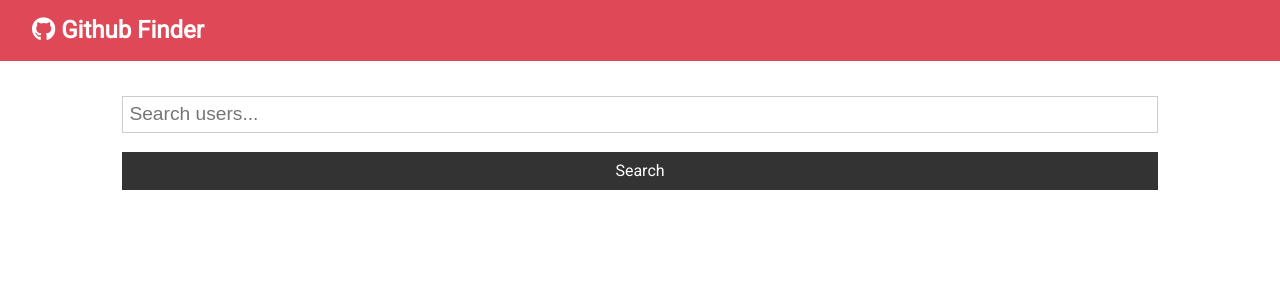
Repository: zhapar/github-finder
Page: /
These files come from the project's save history. The page is drawn as it stood at one moment and after the next save; the edit follows.
The browser window is 1280 px wide. The pictures show the whole page.
Some web libraries are served in a nearby version. The project was rebuilt for these pictures with package versions that can differ from the ones it lists, and the page was loaded fresh each time. Also part of the build but not shown: src/components/users/UserItem.js, src/components/layout/Spinner.js, src/components/layout/Alert.js. Imported but missing from the stored project, and not drawn on this page: src/components/pages/About.

Above is the page before, as saved 2020-05-08 21:50:20.

### src/App.js
import React, { Fragment, Component } from "react";
import { BrowserRouter as Router, Switch, Route } from "react-router-dom";
import Navbar from "./components/layout/Navbar";
import Users from "./components/users/Users";
import Search from "./components/users/Search";
import Alert from "./components/layout/Alert";
import About from "./components/pages/About";
import axios from "axios";
import "./App.css";

class App extends Component {
  state = {
    users: [],
    loading: false,
    alert: null,
  };

  // Search Github users
  searchUsers = async (text) => {
    this.setState({ loading: true });

    const res = await axios.get(
      `https://api.github.com/search/users?q=${text}&client_id=${process.env.REACT_APP_GITHUB_CLIENT_ID}&client_secret=${process.env.REACT_APP_GITHUB_CLIENT_SECRET}`
    );

    this.setState({ users: res.data.items, loading: false });
  };

  // Clear users from State
  clearUsers = () => this.setState({ users: [], loading: false });

  // Set Alert
  setAlert = (msg, type) => {
    this.setState({ alert: { msg, type } });

    setTimeout(() => this.setState({ alert: null }), 3000);
  };

  render() {
    const { users, loading } = this.state;

    return (
      <Router>
        <div className="App">
          <Navbar />
          <div className="container">
            <Alert alert={this.state.alert} />
            <Switch>
              <Route
                exact
                path="/"
                render={(props) => (
                  <Fragment>
                    <Search
                      searchUsers={this.searchUsers}
                      clearUsers={this.clearUsers}
                      showClear={users.length > 0 ? true : false}
                      setAlert={this.setAlert}
                    />
                    <Users loading={loading} users={users} />
                  </Fragment>
                )}
              />
              <Route exact path="/about" component={About} />
            </Switch>
          </div>
        </div>
      </Router>
    );
  }
}

export default App;

### src/components/layout/Navbar.js
import React from "react";
import PropTypes from "prop-types";
import { Link } from "react-router-dom";

const Navbar = ({ icon, title }) => {
  return (
    <nav className="navbar bg-primary">
      <h1>
        <i className={icon}></i> {title}
      </h1>
    </nav>
  );
};

Navbar.defaultProps = {
  title: "Github Finder",
  icon: "fab fa-github",
};

Navbar.propTypes = {
  title: PropTypes.string.isRequired,
  icon: PropTypes.string.isRequired,
};

export default Navbar;

### src/components/users/Users.js
import React from "react";
import UserItem from "./UserItem";
import Spinner from "../layout/Spinner";
import PropTypes from "prop-types";

const Users = ({ users, loading }) => {
  if (loading) {
    return <Spinner />;
  } else {
    return (
      <div style={userStyle}>
        {users.map((user) => (
          <UserItem key={user.id} user={user} />
        ))}
      </div>
    );
  }
};

Users.propTypes = {
  users: PropTypes.array.isRequired,
  loading: PropTypes.bool.isRequired,
};

const userStyle = {
  display: "grid",
  gridTemplateColumns: "repeat(3, 1fr)",
  gridGap: "1rem",
};

export default Users;

### src/components/users/Search.js
import React, { Component } from "react";
import PropTypes from "prop-types";

export class Search extends Component {
  state = {
    text: "",
  };

  static propTypes = {
    searchUsers: PropTypes.func.isRequired,
    clearUsers: PropTypes.func.isRequired,
    showClear: PropTypes.bool.isRequired,
    setAlert: PropTypes.func.isRequired,
  };

  onSubmit = (e) => {
    e.preventDefault();
    if (this.state.text === "") {
      this.props.setAlert("Please enter something", "light");
    } else {
      this.props.searchUsers(this.state.text);
      this.setState({ text: "" });
    }
  };

  onChange = (e) => this.setState({ [e.target.name]: e.target.value });

  render() {
    const { showClear, clearUsers } = this.props;

    return (
      <div>
        <form onSubmit={this.onSubmit} className="form">
          <input
            type="text"
            name="text"
            placeholder="Search users..."
            value={this.state.text}
            onChange={this.onChange}
          />
          <input
            type="submit"
            value="Search"
            className="btn btn-dark btn-block"
          />
        </form>
        {showClear && (
          <button className="btn btn-light btn-block" onClick={clearUsers}>
            Clear
          </button>
        )}
      </div>
    );
  }
}

export default Search;

Loaded but not shown: public/index.html (common file); src/index.js (common file); src/App.css (common file)

After the next save:
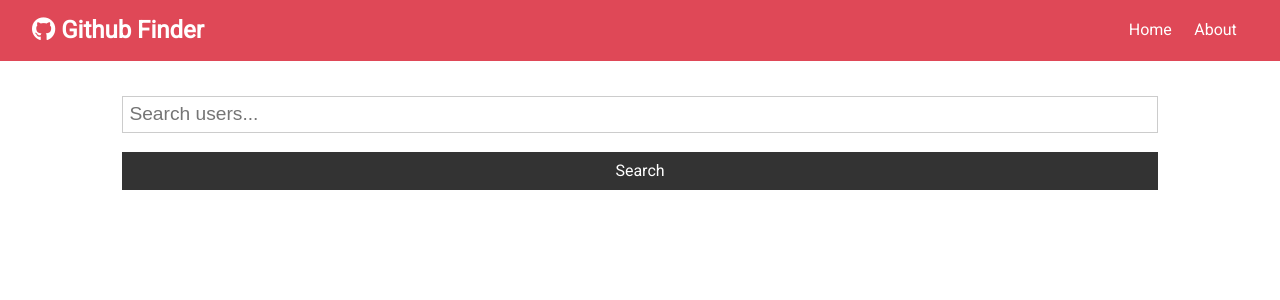
Saved 72 s later.
--- a/src/components/layout/Navbar.js
+++ b/src/components/layout/Navbar.js
@@ -8,6 +8,14 @@ const Navbar = ({ icon, title }) => {
       <h1>
         <i className={icon}></i> {title}
       </h1>
+      <ul>
+        <li>
+          <Link to="/">Home</Link>
+        </li>
+        <li>
+          <Link to="/about">About</Link>
+        </li>
+      </ul>
     </nav>
   );
 };
